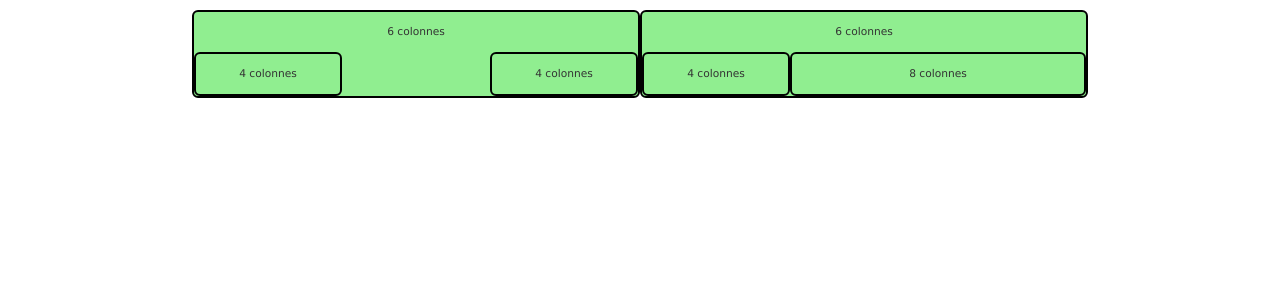
Repository: dridrii/COMPET-BLOC
Page: http://localhost/COMPET-BLOC/
The author's editor kept a copy of each file at every save. The page is drawn from the files as they stood at one save, then again after the next save.
The browser window is 1280 px wide. The pictures show the whole page.
The page is served by Tomcat 9.

Above is the page before, as saved 2015-07-11 16:47:38.

After the next save:
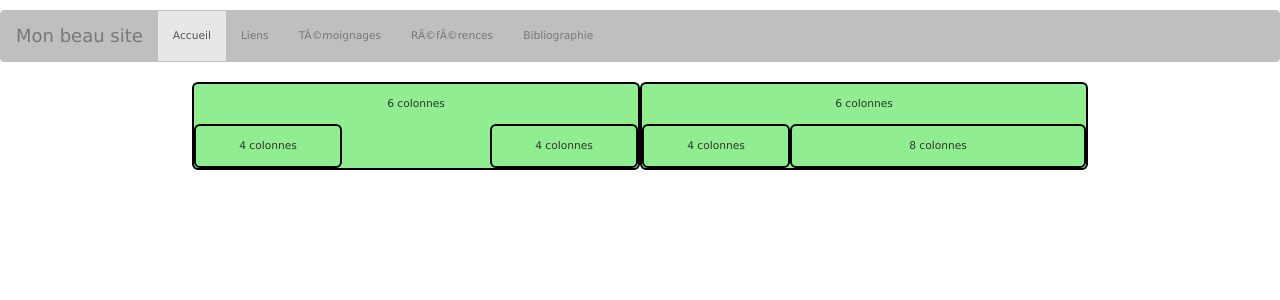
Saved 28 min 43 s later.
--- a/COMPET-BLOC/WebContent/index.jsp
+++ b/COMPET-BLOC/WebContent/index.jsp
@@ -5,6 +5,19 @@
     <link href="inc/css/tuto.css" rel="stylesheet">
   </head>
   <body>
+	  <div class="navbar navbar-default">
+		  <div class="navbar-header">
+		    	<a class="navbar-brand" href="#">Mon beau site</a>
+		  </div>
+		  <ul class="nav navbar-nav">
+			    <li class="active"><a href="#">Accueil</a></li>
+			    <li><a href="#">Liens</a></li>
+			    <li><a href="#">Témoignages</a></li>
+			    <li><a href="#">Références</a></li>
+			    <li><a href="#">Bibliographie</a></li>
+		  </ul>
+	</div>
+
     <div class="container">
  		 <div class="row">
    			 <div class="col-md-6"> 6 colonnes
